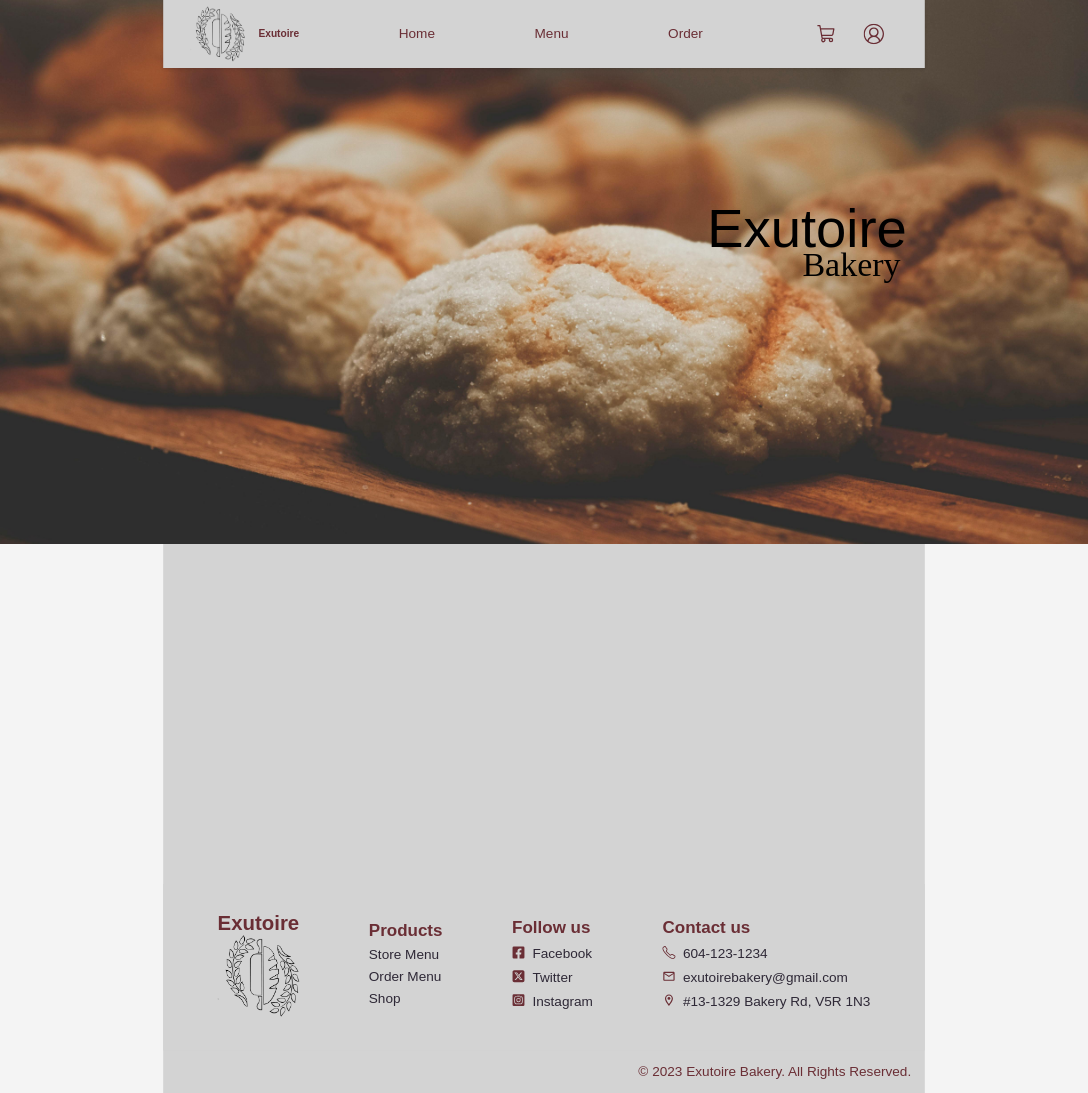
Repository: MelissaJacobi/COMP3170-final-proj
Page: /
The author's editor kept a copy of each file at every save. The page is drawn from the files as they stood at one save, then again after the next save.
The browser window is 1280 px wide. The pictures show the whole page, at 85% of full size.
The project was rebuilt for these pictures with package versions that can differ from the ones it lists, and the page was loaded fresh each time. Also part of the build but not shown: vite.config.js.

Above is the page before, as saved 2024-10-05 15:25:16.

After the next save:
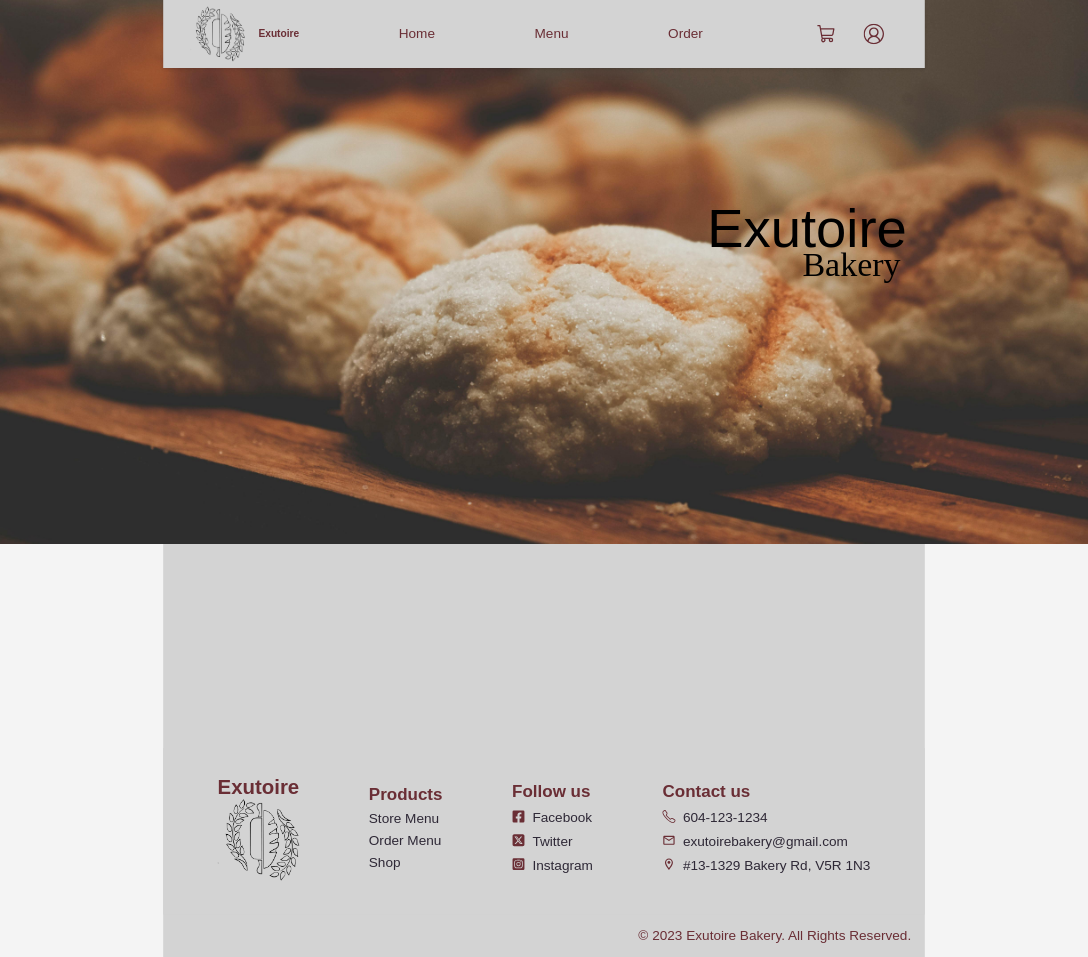
Saved 14 s later.
--- a/src/App.module.css
+++ b/src/App.module.css
@@ -6,5 +6,5 @@
 }
 
 .filler {
-    height: 50rem;
+    height: 40rem;
 }
